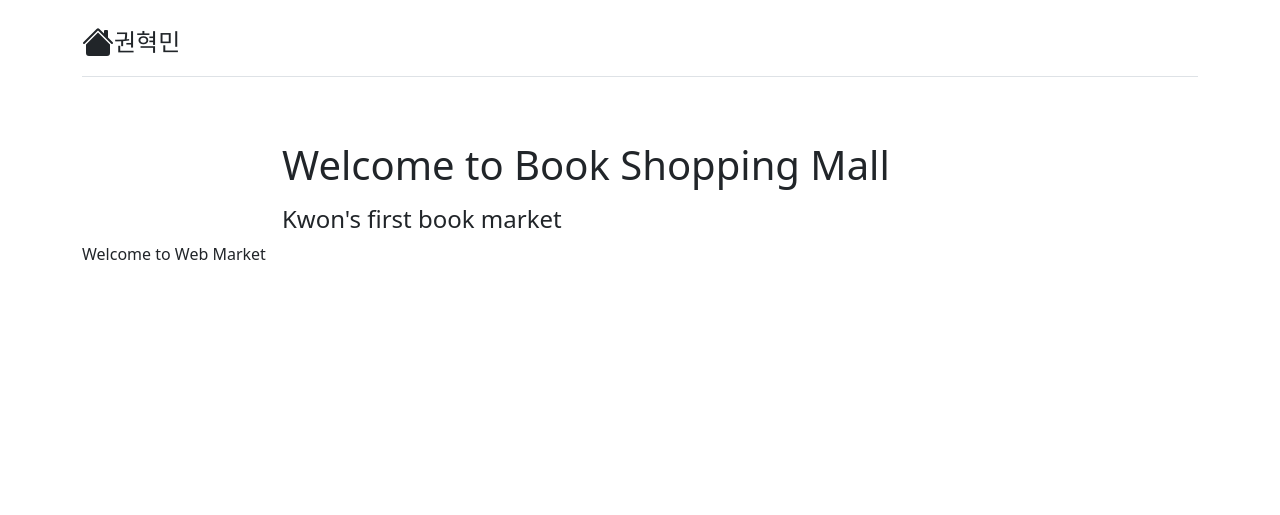
Repository: minn0701/JSP-Webbprogramming
Page: http://localhost/BookMarket/Welcome.jsp
The author's editor kept a copy of each file at every save. The page is drawn from the files as they stood at one save, then again after the next save.
The browser window is 1280 px wide. The pictures show the whole page.
The page is served by Tomcat 9.

Above is the page before, as saved 2024-03-20 12:40:35.

After the next save:
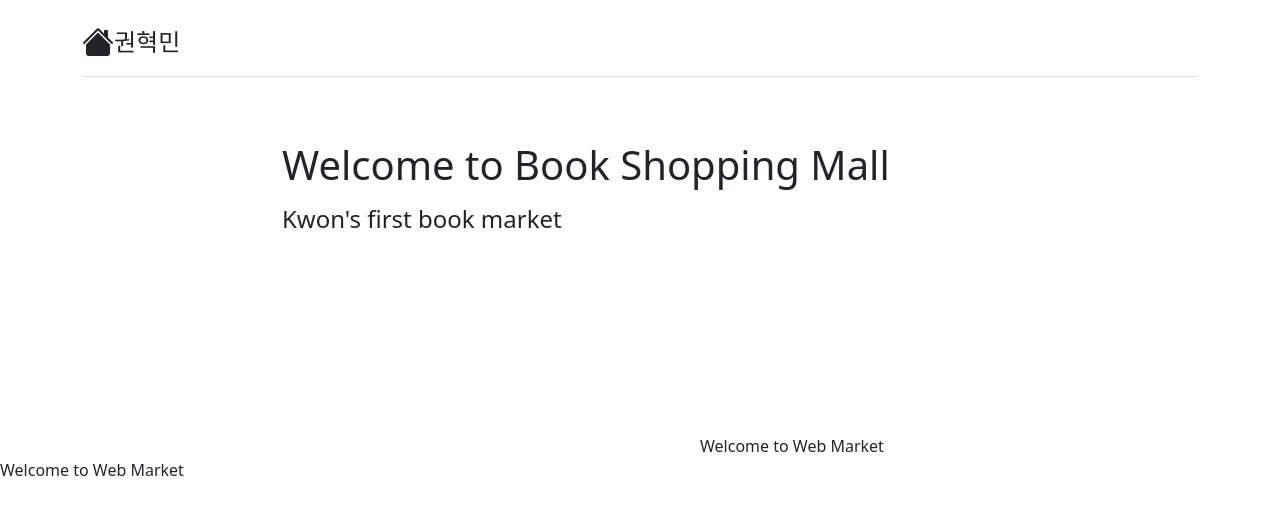
Saved 38 min 28 s later.
--- a/BookMarket/src/main/webapp/Welcome.jsp
+++ b/BookMarket/src/main/webapp/Welcome.jsp
@@ -40,8 +40,16 @@
 
 </div>
 
-<div class="container pt-500">
+<div style="
+    padding-left: 700px;
+    border-left-width: 100px;
+    margin-top: 200px;
+">
 
+Welcome to Web Market
+
+
+</div>
 Welcome to Web Market
 
 
